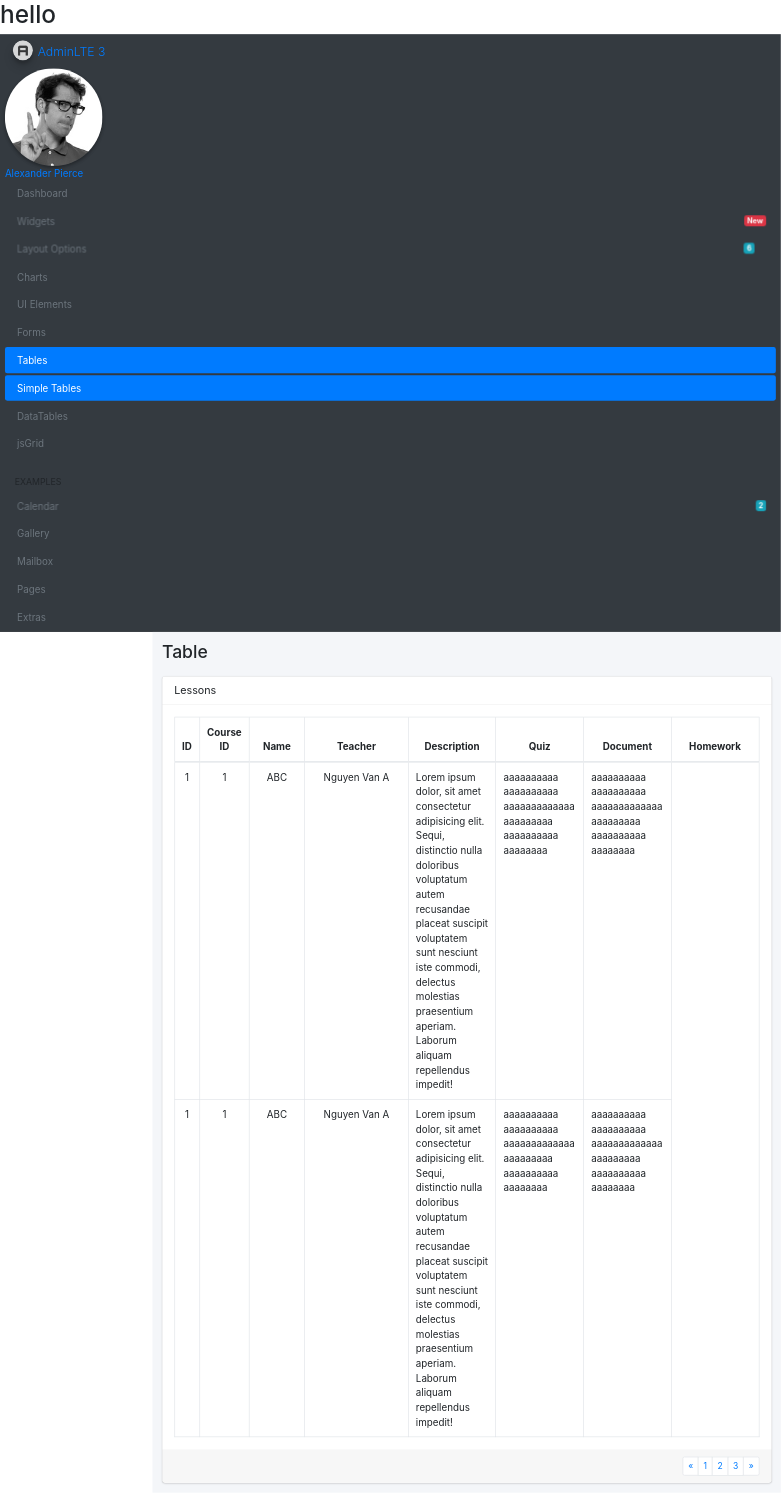
Repository: huyennvo/table
Page: http://localhost/table/lessons
An editor plug-in stored every save of this project. The page is shown before and after a run of saves, followed by the edit.
The browser window is 1280 px wide. The pictures show the whole page, at 61% of full size.
Some web fonts or font styles are not loaded; a fallback is used. The page is served by the project's Laravel application, run on PHP 8.4 with Laravel 8. Other server files are loaded and not shown.

Above is the page before, as saved 2022-08-11 19:58:39.

### routes/web.php
<?php

use Illuminate\Support\Facades\Route;

/*
|--------------------------------------------------------------------------
| Web Routes
|--------------------------------------------------------------------------
|
| Here is where you can register web routes for your application. These
| routes are loaded by the RouteServiceProvider within a group which
| contains the "web" middleware group. Now create something great!
|
*/

Route::get('/table', function () {
    return view('index');
});

Route::get('/table/courses', function () {
    return view('courses');
});

Route::get('/table/lessons', function () {
    return view('lessons');
});

### resources/views/lessons.blade.php
@extends('layouts.content-header')
@section('content-body')
    <!-- Main content -->

    <section class="content">
      <div class="container-fluid">
        <div class="row">
          <div class="col-md-12">
            <div class="card">
              <div class="card-header">
                <h3 class="card-title">Lessons</h3>
              </div>
              <!-- /.card-header -->
              <div class="card-body">
                <table class="table table-bordered" >
                  <thead>
                    <tr>
                      <th style="width: 10px">ID</th>
                      <th class="course-id" style="width: 10px">Course ID</th>
                      <th class="name">Name</th>
                      <th>Teacher</th>
                      <th style="width: 15%">Description</th>
                      <th style="width: 15%">Quiz</th>
                      <th style="width: 15%">Document</th>
                      <th style="width: 15%">Homework</th>
                    </tr>
                  </thead>
                  <tbody>
                    <tr>
                      <td style="text-align:center;">1</td>
                      <td class="course-id">1</td>
                      <td class="name">ABC</td>
                      <td style="text-align:center;">
                        Nguyen Van A
                      </td>
                      <td>Lorem ipsum dolor, sit amet consectetur adipisicing elit. Sequi, distinctio nulla doloribus voluptatum autem recusandae placeat suscipit voluptatem sunt nesciunt iste commodi, delectus molestias praesentium aperiam. Laborum aliquam repellendus impedit!</td>
                      <td>aaaaaaaaaa aaaaaaaaaa aaaaaaaaaaaaa aaaaaaaaa aaaaaaaaaa aaaaaaaa</td>
                      <td>aaaaaaaaaa aaaaaaaaaa aaaaaaaaaaaaa aaaaaaaaa aaaaaaaaaa aaaaaaaa</td>
                    </tr>
                    <tr>
                      <td style="text-align:center;">1</td>
                      <td class="course-id" >1</td>
                      <td class="name">ABC</td>
                      <td style="text-align:center;">
                        Nguyen Van A
                      </td>
                      <td>Lorem ipsum dolor, sit amet consectetur adipisicing elit. Sequi, distinctio nulla doloribus voluptatum autem recusandae placeat suscipit voluptatem sunt nesciunt iste commodi, delectus molestias praesentium aperiam. Laborum aliquam repellendus impedit!</td>
                      <td>aaaaaaaaaa aaaaaaaaaa aaaaaaaaaaaaa aaaaaaaaa aaaaaaaaaa aaaaaaaa</td>
                      <td>aaaaaaaaaa aaaaaaaaaa aaaaaaaaaaaaa aaaaaaaaa aaaaaaaaaa aaaaaaaa</td>
                    </tr>


                  </tbody>
                </table>
              </div>
              <!-- /.card-body -->
              <div class="card-footer clearfix">
                <ul class="pagination pagination-sm m-0 float-right">
                  <li class="page-item"><a class="page-link" href="#">&laquo;</a></li>
                  <li class="page-item"><a class="page-link" href="#">1</a></li>
                  <li class="page-item"><a class="page-link" href="#">2</a></li>
                  <li class="page-item"><a class="page-link" href="#">3</a></li>
                  <li class="page-item"><a class="page-link" href="#">&raquo;</a></li>
                </ul>
              </div>
            </div>

          </div>

        </div>


        <!-- /.row -->

        <!-- /.row -->
      </div><!-- /.container-fluid -->
    </section>
    <!-- /.content -->
@endsection

### resources/views/layouts/content-header.blade.php
@extends('layouts.menu')
@section('content-header')
    <section class="content-header">
      <div class="container-fluid">
        <div class="row mb-2">
          <div class="col-sm-6">
            <h1>Table</h1>
          </div>
        </div>
      </div><!-- /.container-fluid -->
    </section>
@endsection

### resources/views/layouts/menu.blade.php
@extends('layouts.index')
@section('menu')
<div  id="menu">
  <a href="../../index3.html" class="brand-link">
        <img src="../../dist/img/AdminLTELogo.png"
            alt="AdminLTE Logo"
            class="brand-image img-circle elevation-3"
            style="opacity: .8">
        <span class="brand-text font-weight-light">AdminLTE 3</span>
  </a>
  <!-- class="main-sidebar sidebar-dark-primary elevation-4"  -->
  <!-- class="user-panel mt-3 pb-3 mb-3 d-flex"
  class="mt-2" -->
    <!-- Sidebar -->
    <div class="sidebar">
      <!-- Sidebar user (optional) -->
      <div>
        <div class="image">
          <img src="../../dist/img/user2-160x160.jpg" class="img-circle elevation-2" alt="User Image">
        </div>
        <div class="info">
          <a href="#" class="d-block">Alexander Pierce</a>
        </div>
      </div>

      <!-- Sidebar Menu -->
      <nav >
        <ul class="nav nav-pills nav-sidebar flex-column" data-widget="treeview" role="menu" data-accordion="false">
          <!-- Add icons to the links using the .nav-icon class
               with font-awesome or any other icon font library -->
          <li class="nav-item has-treeview">
            <a href="#" class="nav-link">
              <i class="nav-icon fas fa-tachometer-alt"></i>
              <p>
                Dashboard
                <i class="right fas fa-angle-left"></i>
              </p>
            </a>
            <ul class="nav nav-treeview">
              <li class="nav-item">
                <a href="../../index.html" class="nav-link">
                  <i class="far fa-circle nav-icon"></i>
                  <p>Dashboard v1</p>
                </a>
              </li>
              <li class="nav-item">
                <a href="../../index2.html" class="nav-link">
                  <i class="far fa-circle nav-icon"></i>
                  <p>Dashboard v2</p>
                </a>
              </li>
              <li class="nav-item">
                <a href="../../index3.html" class="nav-link">
                  <i class="far fa-circle nav-icon"></i>
                  <p>Dashboard v3</p>
                </a>
              </li>
            </ul>
          </li>
          <li class="nav-item">
            <a href="../widgets.html" class="nav-link">
              <i class="nav-icon fas fa-th"></i>
              <p>
                Widgets
                <span class="right badge badge-danger">New</span>
              </p>
            </a>
          </li>
          <li class="nav-item has-treeview">
            <a href="#" class="nav-link">
              <i class="nav-icon fas fa-copy"></i>
              <p>
                Layout Options
                <i class="fas fa-angle-left right"></i>
                <span class="badge badge-info right">6</span>
              </p>
            </a>
            <ul class="nav nav-treeview">
              <li class="nav-item">
                <a href="../layout/top-nav.html" class="nav-link">
                  <i class="far fa-circle nav-icon"></i>
                  <p>Top Navigation</p>
                </a>
              </li>
              <li class="nav-item">
                <a href="../layout/top-nav-sidebar.html" class="nav-link">
                  <i class="far fa-circle nav-icon"></i>
                  <p>Top Navigation + Sidebar</p>
                </a>
              </li>
              <li class="nav-item">
                <a href="../layout/boxed.html" class="nav-link">
                  <i class="far fa-circle nav-icon"></i>
                  <p>Boxed</p>
                </a>
              </li>
              <li class="nav-item">
                <a href="../layout/fixed-sidebar.html" class="nav-link">
                  <i class="far fa-circle nav-icon"></i>
                  <p>Fixed Sidebar</p>
                </a>
              </li>
              <li class="nav-item">
                <a href="../layout/fixed-topnav.html" class="nav-link">
                  <i class="far fa-circle nav-icon"></i>
                  <p>Fixed Navbar</p>
                </a>
              </li>
              <li class="nav-item">
                <a href="../layout/fixed-footer.html" class="nav-link">
                  <i class="far fa-circle nav-icon"></i>
                  <p>Fixed Footer</p>
                </a>
              </li>
              <li class="nav-item">
                <a href="../layout/collapsed-sidebar.html" class="nav-link">
                  <i class="far fa-circle nav-icon"></i>
                  <p>Collapsed Sidebar</p>
                </a>
              </li>
            </ul>
          </li>
          <li class="nav-item has-treeview">
            <a href="#" class="nav-link">
              <i class="nav-icon fas fa-chart-pie"></i>
              <p>
                Charts
                <i class="right fas fa-angle-left"></i>
              </p>
            </a>
            <ul class="nav nav-treeview">
              <li class="nav-item">
                <a href="../charts/chartjs.html" class="nav-link">
                  <i class="far fa-circle nav-icon"></i>
                  <p>ChartJS</p>
                </a>
              </li>
              <li class="nav-item">
                <a href="../charts/flot.html" class="nav-link">
                  <i class="far fa-circle nav-icon"></i>
                  <p>Flot</p>
                </a>
              </li>
              <li class="nav-item">
                <a href="../charts/inline.html" class="nav-link">
                  <i class="far fa-circle nav-icon"></i>
                  <p>Inline</p>
                </a>
              </li>
            </ul>
          </li>
          <li class="nav-item has-treeview">
            <a href="#" class="nav-link">
              <i class="nav-icon fas fa-tree"></i>
              <p>
                UI Elements
                <i class="fas fa-angle-left right"></i>
              </p>
            </a>
            <ul class="nav nav-treeview">
              <li class="nav-item">
                <a href="../UI/general.html" class="nav-link">
                  <i class="far fa-circle nav-icon"></i>
                  <p>General</p>
                </a>
              </li>
              <li class="nav-item">
                <a href="../UI/icons.html" class="nav-link">
                  <i class="far fa-circle nav-icon"></i>
                  <p>Icons</p>
                </a>
              </li>
              <li class="nav-item">
                <a href="../UI/buttons.html" class="nav-link">
                  <i class="far fa-circle nav-icon"></i>
                  <p>Buttons</p>
                </a>
              </li>
              <li class="nav-item">
                <a href="../UI/sliders.html" class="nav-link">
                  <i class="far fa-circle nav-icon"></i>
                  <p>Sliders</p>
                </a>
              </li>
              <li class="nav-item">
                <a href="../UI/modals.html" class="nav-link">
                  <i class="far fa-circle nav-icon"></i>
                  <p>Modals & Alerts</p>
                </a>
              </li>
              <li class="nav-item">
                <a href="../UI/navbar.html" class="nav-link">
                  <i class="far fa-circle nav-icon"></i>
                  <p>Navbar & Tabs</p>
                </a>
              </li>
              <li class="nav-item">
                <a href="../UI/timeline.html" class="nav-link">
                  <i class="far fa-circle nav-icon"></i>
                  <p>Timeline</p>
                </a>
              </li>
              <li class="nav-item">
                <a href="../UI/ribbons.html" class="nav-link">
                  <i class="far fa-circle nav-icon"></i>
                  <p>Ribbons</p>
                </a>
              </li>
            </ul>
          </li>
          <li class="nav-item has-treeview">
            <a href="#" class="nav-link">
              <i class="nav-icon fas fa-edit"></i>
              <p>
                Forms
                <i class="fas fa-angle-left right"></i>
              </p>
            </a>
            <ul class="nav nav-treeview">
              <li class="nav-item">
                <a href="../forms/general.html" class="nav-link">
                  <i class="far fa-circle nav-icon"></i>
                  <p>General Elements</p>
                </a>
              </li>
              <li class="nav-item">
                <a href="../forms/advanced.html" class="nav-link">
                  <i class="far fa-circle nav-icon"></i>
                  <p>Advanced Elements</p>
                </a>
              </li>
              <li class="nav-item">
                <a href="../forms/editors.html" class="nav-link">
                  <i class="far fa-circle nav-icon"></i>
                  <p>Editors</p>
                </a>
              </li>
              <li class="nav-item">
                <a href="../forms/validation.html" class="nav-link">
                  <i class="far fa-circle nav-icon"></i>
                  <p>Validation</p>
                </a>
              </li>
            </ul>
          </li>
          <li class="nav-item has-treeview menu-open">
            <a href="#" class="nav-link active">
              <i class="nav-icon fas fa-table"></i>
              <p>
                Tables
                <i class="fas fa-angle-left right"></i>
              </p>
            </a>
            <ul class="nav nav-treeview">
              <li class="nav-item">
                <a href="../tables/simple.html" class="nav-link active">
                  <i class="far fa-circle nav-icon"></i>
                  <p>Simple Tables</p>
                </a>
              </li>
              <li class="nav-item">
                <a href="../tables/data.html" class="nav-link">
                  <i class="far fa-circle nav-icon"></i>
                  <p>DataTables</p>
                </a>
              </li>
              <li class="nav-item">
                <a href="../tables/jsgrid.html" class="nav-link">
                  <i class="far fa-circle nav-icon"></i>
                  <p>jsGrid</p>
                </a>
              </li>
            </ul>
          </li>
          <li class="nav-header">EXAMPLES</li>
          <li class="nav-item">
            <a href="../calendar.html" class="nav-link">
              <i class="nav-icon far fa-calendar-alt"></i>
              <p>
                Calendar
                <span class="badge badge-info right">2</span>
              </p>
            </a>
          </li>
          <li class="nav-item">
            <a href="../gallery.html" class="nav-link">
              <i class="nav-icon far fa-image"></i>
              <p>
                Gallery
              </p>
            </a>
          </li>
          <li class="nav-item has-treeview">
            <a href="#" class="nav-link">
              <i class="nav-icon far fa-envelope"></i>
              <p>
                Mailbox
                <i class="fas fa-angle-left right"></i>
              </p>
            </a>
            <ul class="nav nav-treeview">
              <li class="nav-item">
                <a href="../mailbox/mailbox.html" class="nav-link">
                  <i class="far fa-circle nav-icon"></i>
                  <p>Inbox</p>
                </a>
              </li>
              <li class="nav-item">
                <a href="../mailbox/compose.html" class="nav-link">
                  <i class="far fa-circle nav-icon"></i>
                  <p>Compose</p>
                </a>
              </li>
              <li class="nav-item">
                <a href="../mailbox/read-mail.html" class="nav-link">
                  <i class="far fa-circle nav-icon"></i>
                  <p>Read</p>
                </a>
              </li>
            </ul>
          </li>
          <li class="nav-item has-treeview">
            <a href="#" class="nav-link">
              <i class="nav-icon fas fa-book"></i>
              <p>
                Pages
                <i class="fas fa-angle-left right"></i>
              </p>
            </a>
            <ul class="nav nav-treeview">
              <li class="nav-item">
                <a href="../examples/invoice.html" class="nav-link">
                  <i class="far fa-circle nav-icon"></i>
                  <p>Invoice</p>
                </a>
              </li>
              <li class="nav-item">
                <a href="../examples/profile.html" class="nav-link">
                  <i class="far fa-circle nav-icon"></i>
                  <p>Profile</p>
                </a>
              </li>
              <li class="nav-item">
                <a href="../examples/e-commerce.html" class="nav-link">
                  <i class="far fa-circle nav-icon"></i>
                  <p>E-commerce</p>
                </a>
              </li>
              <li class="nav-item">
                <a href="../examples/projects.html" class="nav-link">
                  <i class="far fa-circle nav-icon"></i>
                  <p>Projects</p>
                </a>
              </li>
              <li class="nav-item">
                <a href="../examples/project-add.html" class="nav-link">
                  <i class="far fa-circle nav-icon"></i>
                  <p>Project Add</p>
                </a>
              </li>
              <li class="nav-item">
                <a href="../examples/project-edit.html" class="nav-link">
                  <i class="far fa-circle nav-icon"></i>
                  <p>Project Edit</p>
                </a>
              </li>
              <li class="nav-item">
                <a href="../examples/project-detail.html" class="nav-link">
                  <i class="far fa-circle nav-icon"></i>
                  <p>Project Detail</p>
                </a>
              </li>
              <li class="nav-item">
                <a href="../examples/contacts.html" class="nav-link">
                  <i class="far fa-circle nav-icon"></i>
                  <p>Contacts</p>
                </a>
              </li>
            </ul>
          </li>
          <li class="nav-item has-treeview">
            <a href="#" class="nav-link">
              <i class="nav-icon far fa-plus-square"></i>
              <p>
                Extras
                <i class="fas fa-angle-left right"></i>
              </p>
            </a>
            <ul class="nav nav-treeview">
              <li class="nav-item">
                <a href="../examples/login.html" class="nav-link">
                  <i class="far fa-circle nav-icon"></i>
                  <p>Login</p>
                </a>
              </li>
              <li class="nav-item">
                <a href="../examples/register.html" class="nav-link">
                  <i class="far fa-circle nav-icon"></i>
                  <p>Register</p>
                </a>
              </li>
              <li class="nav-item">
                <a href="../examples/forgot-password.html" class="nav-link">
                  <i class="far fa-circle nav-icon"></i>
                  <p>Forgot Password</p>
                </a>
              </li>
              <li class="nav-item">
                <a href="../examples/recover-password.html" class="nav-link">
                  <i class="far fa-circle nav-icon"></i>
                  <p>Recover Password</p>
                </a>
              </li>
              <li class="nav-item">
                <a href="../examples/lockscreen.html" class="nav-link">
                  <i class="far fa-circle nav-icon"></i>
                  <p>Lockscreen</p>
                </a>
              </li>
              <li class="nav-item">
                <a href="../examples/legacy-user-menu.html" class="nav-link">
                  <i class="far fa-circle nav-icon"></i>
                  <p>Legacy User Menu</p>
                </a>
              </li>
              <li class="nav-item">
                <a href="../examples/language-menu.html" class="nav-link">
                  <i class="far fa-circle nav-icon"></i>
                  <p>Language Menu</p>
                </a>
              </li>
              <li class="nav-item">
                <a href="../examples/404.html" class="nav-link">
                  <i class="far fa-circle nav-icon"></i>
                  <p>Error 404</p>
                </a>
              </li>
              <li class="nav-item">
                <a href="../examples/500.html" class="nav-link">
                  <i class="far fa-circle nav-icon"></i>
                  <p>Error 500</p>
                </a>
              </li>
              <li class="nav-item">
                <a href="../examples/pace.html" class="nav-link">
                  <i class="far fa-circle nav-icon"></i>
                  <p>Pace</p>
                </a>
              </li>
              <li class="nav-item">
                <a href="../examples/blank.html" class="nav-link">
                  <i class="far fa-circle nav-icon"></i>
                  <p>Blank Page</p>
                </a>
              </li>
              <li class="nav-item">
                <a href="../../starter.html" class="nav-link">
                  <i class="far fa-circle nav-icon"></i>
                  <p>Starter Page</p>
                </a>
              </li>
            </ul>
          </li>


        </ul>
      </nav>
      <!-- /.sidebar-menu -->
    </div>
    <!-- /.sidebar -->
</div>
    <!-- <aside >

    </aside> -->

@endsection

### resources/views/layouts/index.blade.php
<!DOCTYPE html>
<html>
<head>
  <meta charset="utf-8">
  <meta http-equiv="X-UA-Compatible" content="IE=edge">
  <title>Table</title>
  <meta name="viewport" content="width=device-width, initial-scale=1">

  <link rel="stylesheet" href="{{asset('css/adminlte.min.css')}}">
  <link rel="stylesheet" href="{{asset('css/style.css')}}">
  <!-- Google Font: Source Sans Pro -->
  <link href="https://fonts.googleapis.com/css?family=Source+Sans+Pro:300,400,400i,700" rel="stylesheet">
</head>
<body class="hold-transition sidebar-mini">
  <h1>hello</h1>
<!-- <div class="wrapper"> -->
@yield('menu')

<div class="content-wrapper">

@yield('content-header')

@yield('content-body')

</div>


  <!-- /.content-wrapper -->
  <!-- /.control-sidebar -->
<!-- </div> -->

</body>
</html>

### public/css/style.css
th {
    text-align: center;
}

.course-id {
    text-align: center;
}

.name {
    text-align: center;
}

#menu {
    background-color: #343A40;
    /* width: 20vw;
    height: 100vh; */
}

Loaded but not shown: public/css/adminlte.min.css (library)

After the next 2 saves:
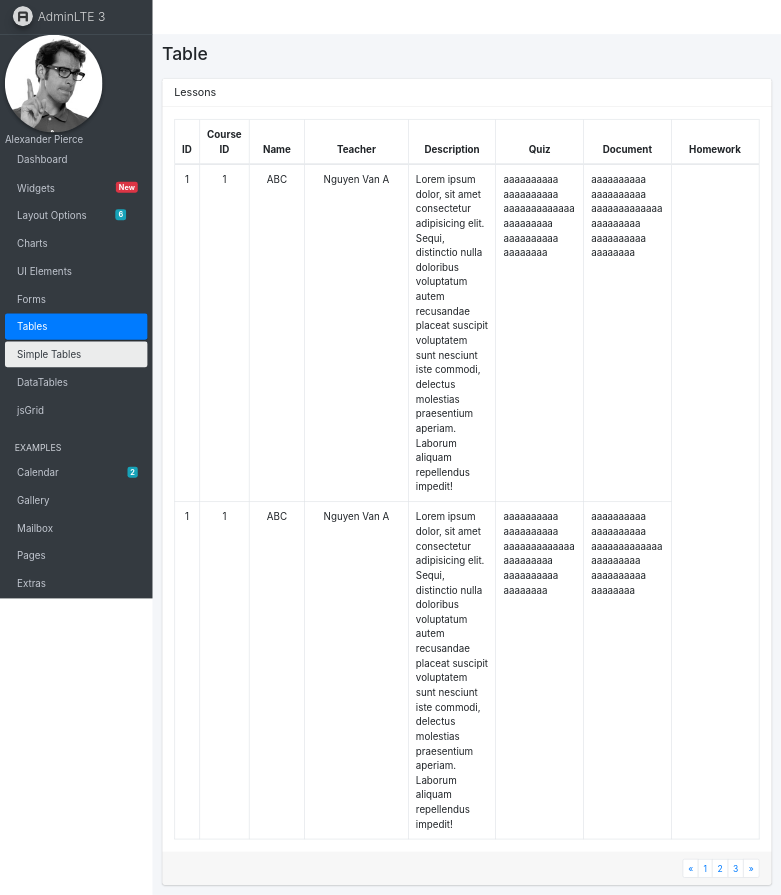
The 2 saves are shown as one change because they came seconds apart.
The last was saved 30 s later.
--- a/resources/views/layouts/menu.blade.php
+++ b/resources/views/layouts/menu.blade.php
@@ -1,6 +1,6 @@
 @extends('layouts.index')
 @section('menu')
-<div  id="menu">
+<div   class="main-sidebar sidebar-dark-primary "  id="menu">
   <a href="../../index3.html" class="brand-link">
         <img src="../../dist/img/AdminLTELogo.png"
             alt="AdminLTE Logo"
@@ -8,7 +8,7 @@
             style="opacity: .8">
         <span class="brand-text font-weight-light">AdminLTE 3</span>
   </a>
-  <!-- class="main-sidebar sidebar-dark-primary elevation-4"  -->
+
   <!-- class="user-panel mt-3 pb-3 mb-3 d-flex"
   class="mt-2" -->
     <!-- Sidebar -->
